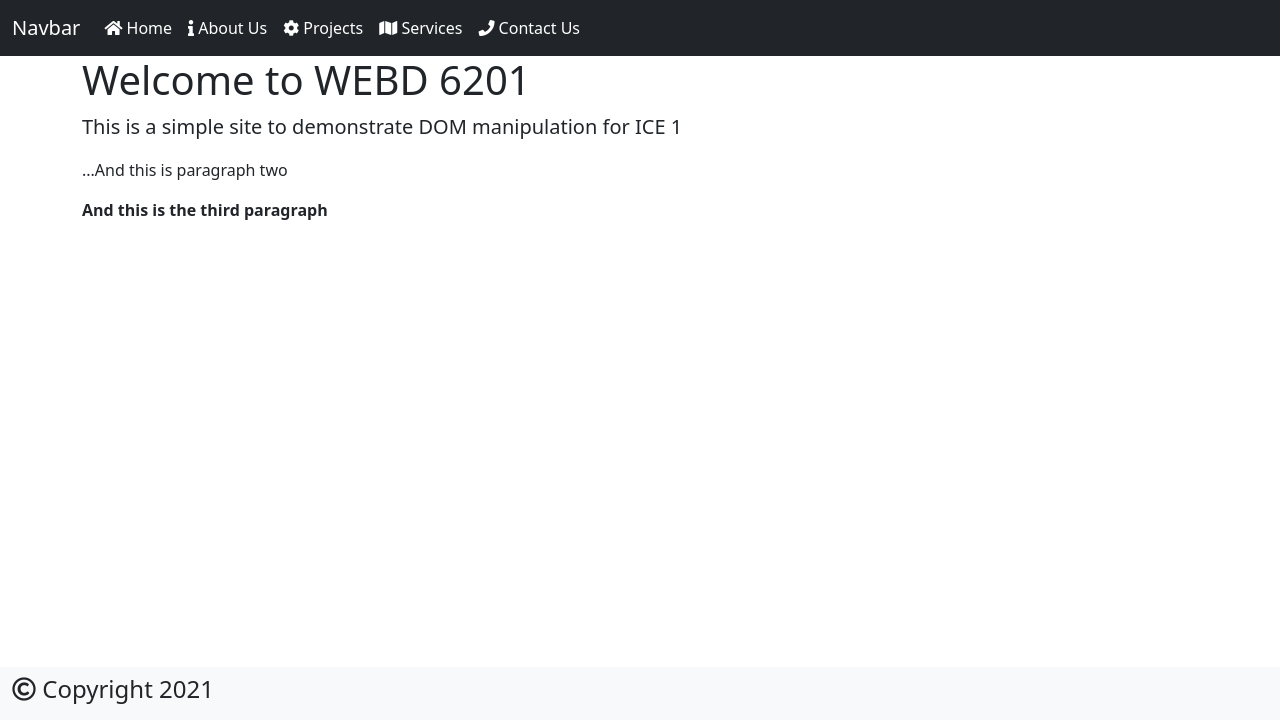
Repository: spencernewellevans/WEBD6201-ICE01
Page: index.html
These files come from the project's save history. The page is drawn as it stood at one moment and after the next save; the edit follows.
The browser window is 1280 px wide. The pictures show the whole page.

Above is the page before, as saved 2021-01-22 18:47:34.

### index.html
<!DOCTYPE html>
<html lang="en">
<head>
    <meta charset="UTF-8">
    <meta name="viewport" content="width=device-width, initial-scale=1.0">
    <title>WEBD6201 - ICE01</title>
    <!-- CSS Section-->
    <link rel="stylesheet" href="./node_modules/bootstrap/dist/css/bootstrap.min.css">
    <link rel="stylesheet" href="./node_modules/@fortawesome/fontawesome-free/css/all.min.css">
    <link rel="stylesheet" href="./Content/app.css">
</head>
<body>
    <header>
        <nav class="navbar navbar-expand-lg navbar-dark bg-dark">
            <div class="container-fluid">
              <a class="navbar-brand" href="#">Navbar</a>
              <button class="navbar-toggler" type="button" data-bs-toggle="collapse" data-bs-target="#navbarSupportedContent" aria-controls="navbarSupportedContent" aria-expanded="false" aria-label="Toggle navigation">
                <span class="navbar-toggler-icon"></span>
              </button>
              <div class="collapse navbar-collapse" id="navbarSupportedContent">
                <ul class="navbar-nav me-auto mb-2 mb-lg-0">
                  <li class="nav-item">
                    <a class="nav-link active" aria-current="page" href="#"><i class="fas fa-home fa-large"></i> Home</a>
                  </li>

                  <li class="nav-item">
                    <a class="nav-link active" aria-current="page" href="#"><i class="fas fa-info fa-large"></i> About Us</a>
                  </li>

                  <li class="nav-item">
                    <a class="nav-link active" aria-current="page" href="#"><i class="fas fa-cog fa-large"></i> Projects</a>
                  </li>

                  <li class="nav-item">
                    <a class="nav-link active" aria-current="page" href="#"><i class="fas fa-map fa-large"></i> Services</a>
                  </li>

                  <li class="nav-item">
                    <a class="nav-link active" aria-current="page" href="#"><i class="fas fa-phone fa-large"></i> Contact Us</a>
                  </li>
                </ul>
              </div>
            </div>
          </nav>
    </header>

    <main class="container">
        <h1>Welcome to WEBD 6201</h1>
        <p id="paragraphOne"></p>
    </main>

    <footer>
        <nav class="navbar fixed-bottom navbar-light bg-light">
            <div class="container-fluid">
              <h4><i class="far fa-copyright fa-large"></i> Copyright 2021</h4>
            </div>
          </nav>
    </footer>

    <!-- Script Section -->
    <script src="./node_modules/jquery/dist/jquery.min.js"></script>
    <script src="./node_modules/bootstrap/dist/js/bootstrap.bundle.min.js"></script>
    <script src="./Scripts/app.js"></script>
</body>
</html>

### content/app.css
/* Custom CSS goes here */

### scripts/app.js
/* Custom JavaScript goes here */

// IIFE - Immediately Invoked Function Expression
// Anonymous self-executing expression
// limits scope leak

"use strict";

(function()
{

    function Start()
    {
        console.log("App Started...");

        let paragraphOneText = "This is a simple site to demonstrate DOM manipulation for ICE 1";

        let paragraphOneElement = document.getElementById("paragraphOne");

        paragraphOneElement.textContent = paragraphOneText;
        paragraphOneElement.className = "fs-5"

        // Step 1. create the element
        let newParagraph = document.createElement("p");
        // Step 2. configure the element
        newParagraph.setAttribute("id","paragraphTwo");
        newParagraph.textContent = "...And this is paragraph two"
        // Step 3. select parent element
        let mainContent = document.getElementsByTagName("main")[0];
        // Step 3. insert the element
        mainContent.appendChild(newParagraph);
        newParagraph.className = "fs-6";

        let paragraphDiv = document.createElement("div");
        let paragraphThree =  `<p id="paragraphThree" class="fs-7 fw-bold">And this is the third paragraph</p>`;
        paragraphDiv.innerHTML = paragraphThree;

        // insertion before a node
        newParagraph.before(paragraphDiv);
        // insertion after a node
        newParagraph.after(paragraphDiv);

    }

    window.addEventListener("load", Start);

})();

Loaded but not shown: node_modules/bootstrap/dist/css/bootstrap.min.css (library); node_modules/@fortawesome/fontawesome-free/css/all.min.css (library); node_modules/jquery/dist/jquery.min.js (library); node_modules/bootstrap/dist/js/bootstrap.bundle.min.js (library)

After the next save:
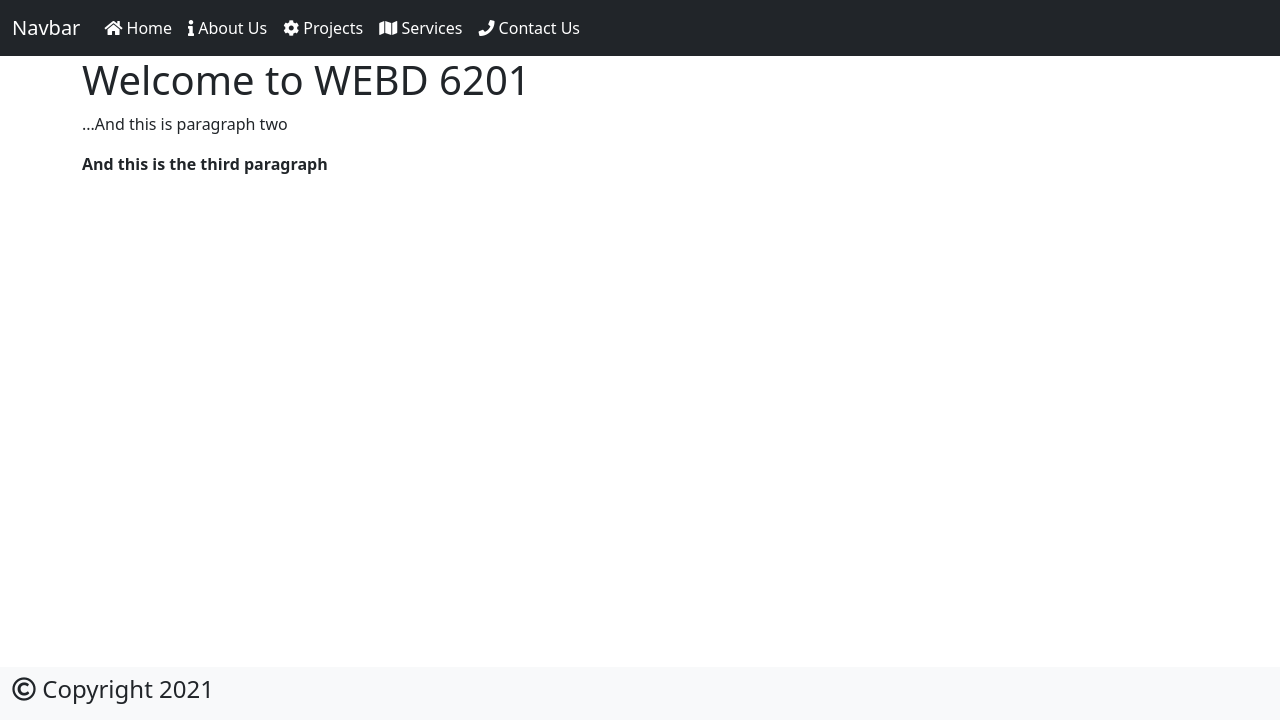
Saved 99 s later.
--- a/scripts/app.js
+++ b/scripts/app.js
@@ -36,9 +36,12 @@
         paragraphDiv.innerHTML = paragraphThree;
 
         // insertion before a node
-        newParagraph.before(paragraphDiv);
+        //newParagraph.before(paragraphDiv);
         // insertion after a node
         newParagraph.after(paragraphDiv);
+
+        // deletion
+        paragraphOneElement.remove()
 
     }
 
